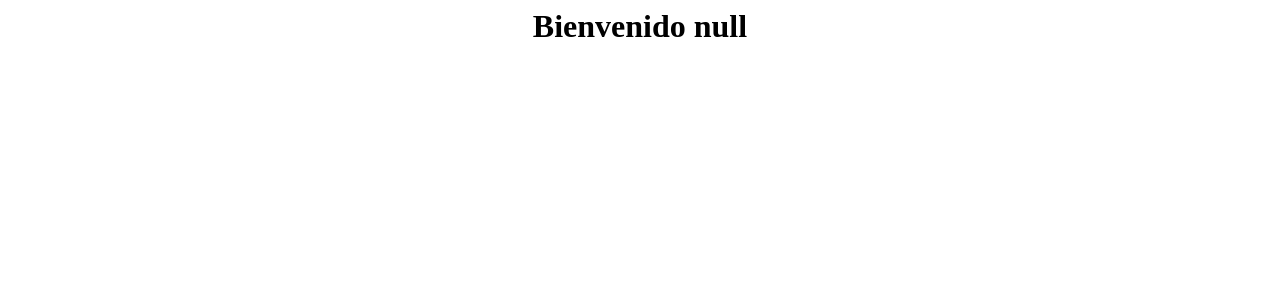
Repository: felipeverdugo/Java-y-Aplicaciones-Avanzadas-sobre-Internet
Page: http://localhost/Practica1Web40/Bienvenida
The author's editor kept a copy of each file at every save. The page is drawn from the files as they stood at one save, then again after a run of saves.
The browser window is 1280 px wide. The pictures show the whole page.
The page is served by Tomcat 10.

Above is the page before, as saved 2024-03-20 12:58:21.

After the next 4 saves:
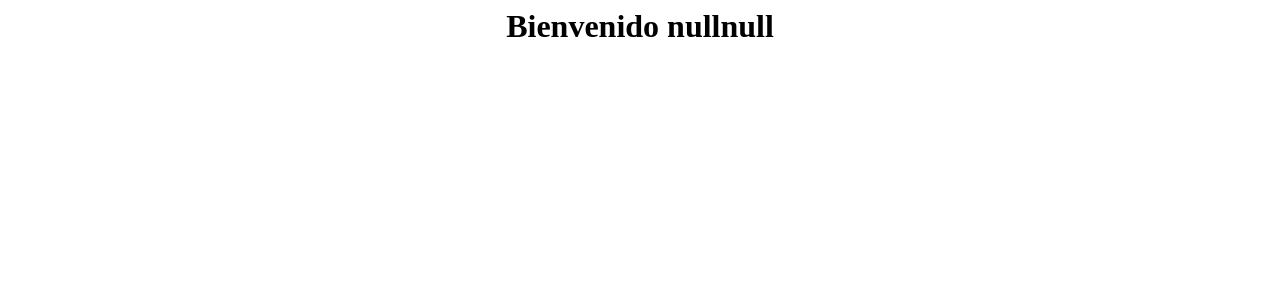
The 4 saves are shown as one change because 3 did not build or start.
The last was saved 43 s later.
--- a/work/Practica1Web40/src/main/java/misServlets/Bienvenida.java
+++ b/work/Practica1Web40/src/main/java/misServlets/Bienvenida.java
@@ -32,7 +32,8 @@ public class Bienvenida extends HttpServlet {
 	protected void doGet(HttpServletRequest request, HttpServletResponse response) throws ServletException, IOException {
 		// TODO Auto-generated method stub
 
-		String nombre = request.getParameter("nombre");
+		String user = request.getParameter("user");
+		String pass = request.getParameter("pass");
 
 		response.setContentType("text/html");
 
@@ -43,7 +44,7 @@ public class Bienvenida extends HttpServlet {
 		out.println("<title>Hola Mundo</title>");
 		out.println("</head>");
 		out.println("<body>");
-		out.println("<center><h1>Bienvenido " + nombre + "</h1></center>");
+		out.println("<center><h1>Bienvenido " + user  + pass + "</h1></center>");
 		out.println("</body>");
 		out.println("</html>");
 
